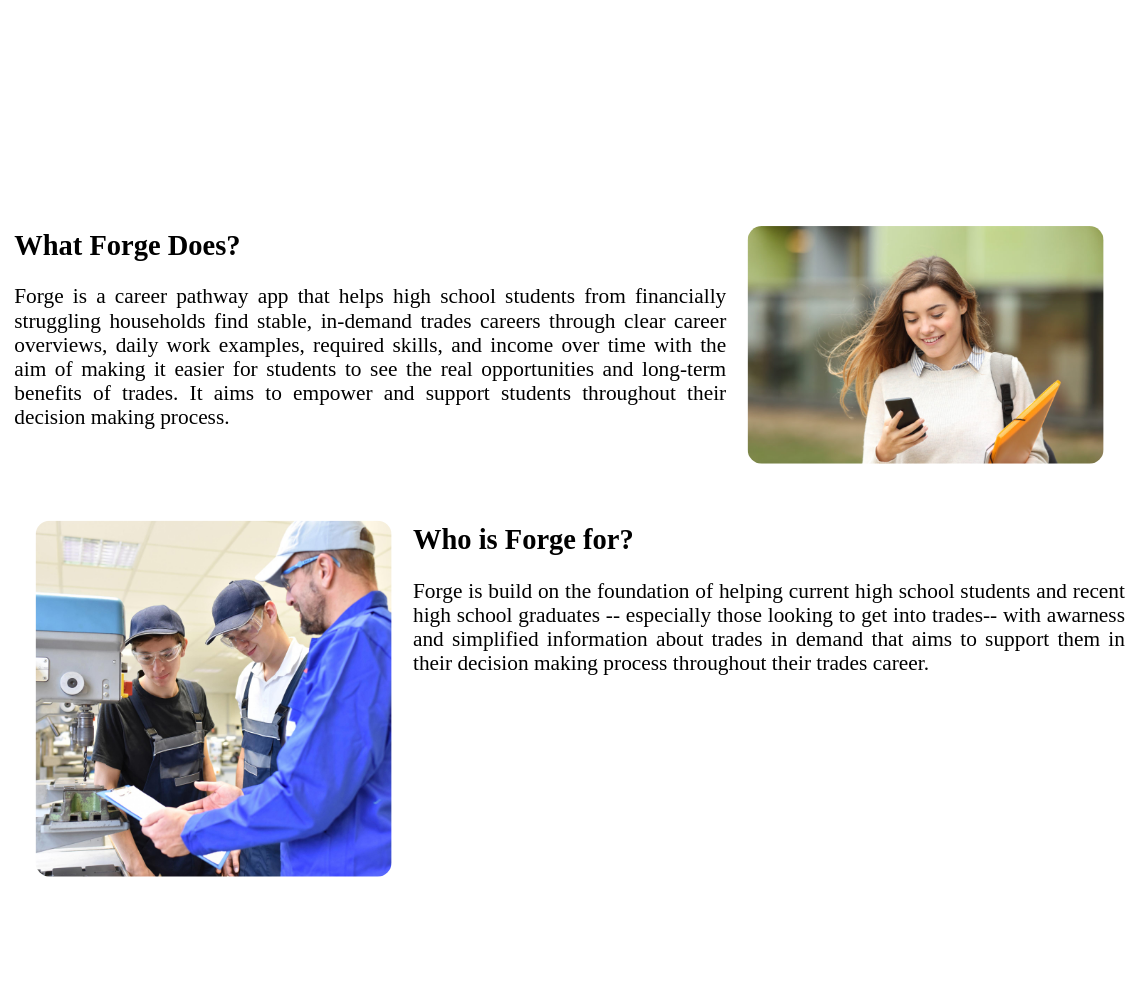
Repository: Forge-IDSP/Blog
Page: /aboutUs
An editor plug-in stored every save of this project. The page is shown before and after the next save, followed by the edit.
The browser window is 1280 px wide. The pictures show the whole page, at 89% of full size.
The project was rebuilt for these pictures with package versions that can differ from the ones it lists, and the page was loaded fresh each time. Also part of the build but not shown: vite.config.js, src/index.css, src/ui/card/card.module.css, src/ui/card/card.jsx, src/pages/home.jsx, src/pages/blogpost.module.css, src/pages/week1.jsx, src/pages/week2.jsx and 5 more.

Above is the page before, as saved 2025-10-27 12:54:55.

### index.html
<!DOCTYPE html>
<html lang="en">
    <head>
        <meta charset="UTF-8" />
        <link
            rel="icon"
            type="image/svg+xml"
            href="/vite.svg" />
        <meta
            name="viewport"
            content="width=device-width, initial-scale=1.0" />
        <title>Forge Blog</title>
    </head>
    <body>
        <div id="root"></div>
        <script
            type="module"
            src="/src/main.jsx"></script>
    </body>
</html>

### src/App.jsx
import { BrowserRouter as Router, Routes, Route } from "react-router-dom";
import Home from "./pages/home.jsx";
import Week1 from "./pages/week1.jsx";
import Week2 from "./pages/week2.jsx";
import Week3 from "./pages/week3.jsx";
import Week4 from "./pages/week4.jsx";
import Week5 from "./pages/week5.jsx";
import AboutUs from "./pages/aboutUs.jsx";
import ContactUs from "./pages/contactUs.jsx";

export default function App() {
    return (
        <Router>
            <Routes>
                <Route
                    path='/'
                    element={<Home />}
                />
                <Route
                    path='/week1'
                    element={<Week1 />}
                />
                <Route
                    path='/week2'
                    element={<Week2 />}
                />
                <Route
                    path='/week3'
                    element={<Week3 />}
                />
                <Route
                    path='/week4'
                    element={<Week4 />}
                />
                <Route
                    path='/week5'
                    element={<Week5 />}
                />
                <Route
                    path='/aboutUs'
                    element={<AboutUs />}
                />
                <Route
                    path='/contactUs'
                    element={<ContactUs />}
                />
            </Routes>
        </Router>
    );
}

### src/pages/aboutUs.jsx
import { useEffect } from "react";
import Header from "../ui/header/header";
import Footer from "../ui/footer/footer";
import "./aboutUs.css";

function AboutUs() {
    useEffect(() => {
        const sections = document.querySelectorAll(".sub_section");
        const observer = new IntersectionObserver(
            (entries) => {
                entries.forEach((entry, i) => {
                    if (entry.isIntersecting) {
                        setTimeout(() => {
                            entry.target.classList.add("show");
                        }, i * 300); // staggered delay
                    }
                });
            },
            { threshold: 0.2 }
        );

        sections.forEach((section) => observer.observe(section));

        return () => sections.forEach((section) => observer.unobserve(section));
    }, []);
    return (
        <div className='page'>
            <Header />

            <h1 className='title'>About Us</h1>

            <div className='sub_section row_regular'>
                <div className='sub_section_excerpts'>
                    <h2 className='section_header left_text'>
                        What Forge Does?
                    </h2>
                    <p className='section_description'>
                        Forge is a career pathway app that helps high school
                        students from financially struggling households find
                        stable, in-demand trades careers through clear career
                        overviews, daily work examples, required skills, and
                        income over time with the aim of making it easier for
                        students to see the real opportunities and long-term
                        benefits of trades. It aims to empower and support
                        students throughout their decision making process.
                    </p>
                </div>
                <img
                    src='/app-using.jpg'
                    alt='/'
                    className='section_image'></img>
            </div>
            <div className='sub_section row_reverse'>
                <div className='sub_section_excerpts'>
                    <h2 className='section_header left_text'>
                        Who is Forge for?
                    </h2>
                    <p className='section_description'>
                        Forge is build on the foundation of helping current high
                        school students and recent high school graduates --
                        especially those looking to get into trades-- with
                        awarness and simplified information about trades in
                        demand that aims to support them in their decision
                        making process throughout their trades career.
                    </p>
                </div>
                <img
                    src='/trades-student.jpg'
                    alt='/'
                    className='section_image'></img>
            </div>
            {/* <div className='sub_section'>
                <h2 className='section_header'>Our Core Values</h2>
                <div className='excerpt_container'>
                    <div className='excerpt_section'>
                        <img
                            src='/Camera.svg'
                            alt='/'></img>
                        <h3 className='section_header'>Empowerment</h3>
                        <p className='section_description'>
                            We believe tradespeople should have the tools and
                            guidance to take control of their own careers —
                            building businesses that reflect their skills and
                            ambitions.
                        </p>
                    </div>
                    <div className='excerpt_section'>
                        <img
                            src='/Camera.svg'
                            alt='/'></img>
                        <h3 className='section_header'>Connection</h3>
                        <p className='section_description'>
                            Forge bridges the gap between tradespeople, small
                            businesses, and local communities by creating
                            opportunities for collaboration and growth.
                        </p>
                    </div>
                    <div className='excerpt_section'>
                        <img
                            src='/Camera.svg'
                            alt='/'></img>
                        <h3 className='section_header'>
                            Independence & Safety
                        </h3>
                        <p className='section_description'>
                            Our platform provides a safer alternative to
                            traditional workplaces, helping tradespeople avoid
                            toxic environments while fostering independence and
                            long-term sustainability.
                        </p>
                    </div>
                </div>
            </div> */}

            <Footer />
        </div>
    );
}

export default AboutUs;

### src/ui/header/header.jsx
import style from "./header.module.css";
import { Link } from "react-router-dom";

function Header() {
    return (
        <div className={style.header}>
            <img
                src='/forge-logo.svg'
                alt='Forge Logo'
                className={style.logo}></img>
            <nav className={style.menu}>
                <a
                    className={style.menu_item}
                    href='/'>
                    Home
                </a>
                <Link
                    className={style.menu_item}
                    to='/AboutUs'>
                    About Us
                </Link>

                <Link
                    to='/ContactUs'
                    className={style.menu_item}>
                    Contact
                </Link>
            </nav>
        </div>
    );
}

export default Header;

### src/ui/footer/footer.jsx
import styles from "./footer.module.css";

function Footer() {
    const currentYear = new Date().getFullYear();

    return (
        <footer className={styles.footer}>
            <p className={styles.footer__text}>© {currentYear} Forge Blog</p>
        </footer>
    );
}

export default Footer;

### src/App.css
#root {
    /* ----- COLORS ----- */
    --primary-50: #fff1e6;
    --primary-100: #ffd4b0;
    --primary-200: #ffbf8a;
    --primary-300: #ffa155;
    --primary-400: #ff8f34;
    --primary-500: #ff7301;
    --primary-600: #e86901;
    --primary-700: #b55201;
    --primary-800: #8c3f01;
    --primary-900: #6b3000;

    --secondary-50: #eefae6;
    --secondary-100: #cbefb1;
    --secondary-200: #b2e88b;
    --secondary-300: #8fdd55;
    --secondary-400: #79d635;
    --secondary-500: #58cc02;
    --secondary-600: #50ba02;
    --secondary-700: #3e9101;
    --secondary-800: #307001;
    --secondary-900: #255601;

    /* -- neutral colors -- */

    --offwhite-500: #f9f9f9;
    --white: #ffffff;
    --black-50: #eaeaea;
    --black-100: #bebebd;
    --black-200: #9e9e9d;
    --black-300: #727271;
    --black-400: #575655;
    --black-500: #2d2c2b;
}

body,
html {
    margin: 0 auto;
    padding: 1rem;
    text-align: center;
    height: 100%;
    margin: 0;
    padding: 0;
    background-color: var(--offwhite-500);
    color: var(--black-500);
    display: flex;
    flex-direction: column;
}

.title {
    font-size: 5rem;
    color: var(--white);
    line-height: 5rem;
    margin-bottom: 1rem;
}

.subtitle {
    font-size: 2rem;
}

.post_container {
    display: grid;
    grid-template-columns: repeat(3, 1fr);
    gap: 2rem;
    background-color: var(--dark-grey);
    padding: 3rem;
    border-radius: 16px;
    align-items: center;
    justify-content: center;
    justify-items: center;
    margin-bottom: 2rem;
    margin-top: 2rem;
}

/* Tablet: 2 columns */
@media (max-width: 1300px) {
    .post_container {
        grid-template-columns: repeat(2, 1fr);
        padding: 1.5rem;
        gap: 1.5rem;
    }
}

/* Mobile: 1 column */
@media (max-width: 600px) {
    .post_container {
        grid-template-columns: 1fr;
        padding: 1rem;
        gap: 1rem;
    }
}

### src/pages/aboutUs.css
/* Top Bar Header Styling */

.cover_image {
    width: 80%;
    height: auto;
    padding: 16px;
    align-self: center;
    border-radius: var(--space-regular);
}

/* Text Section Styling  */
.sub_section {
    background-color: var(--dark-grey);
    margin: 16px;
    border-radius: 10px;
    padding: var(--space-regular);
    align-self: center;
    display: grid;
    grid-template-columns: repeat(2, 1fr);
}

.left_text {
    text-align: left;
}

.right_text {
    text-align: right;
}
.row_regular {
    display: flex;
    flex-direction: row;
}
.row_reverse {
    display: flex;
    flex-direction: row-reverse;
}
.section_image {
    width: 400px;
    height: auto;
    margin: 24px;
    border-radius: 16px;
}
.section_header {
    font-size: 32px;
}

.section_description {
    text-align: justify;
    font-size: 24px;
}

/* Meet the team styling */

.team_section {
    display: flex;
    flex-direction: row;
    justify-content: space-between;
}

/* Core Values section */

.excerpt_container {
    display: grid;
    grid-template-columns: repeat(3, 1fr);
}
.excerpt_section {
    padding: 16px;
}
.excerpt_description {
    text-align: justify;
}

/* Animations */
.sub_section {
    opacity: 0;
    transform: translateY(50px);
    transition: all 0.6s ease;
}
.sub_section.show {
    opacity: 1;
    transform: translateY(0);
}

### src/ui/header/header.module.css
.header {
    background-color: var(--dark-grey);
    display: flex;
    justify-content: space-between;
    align-items: center;
    padding: 1rem 3rem;
    border-radius: 16px;
}

.logo {
    width: 10rem;
}

.menu {
    display: flex;
    gap: rem;
}

.menu_item {
    font-size: 1.2rem;
    text-decoration: none;
    color: var(--white);
    font-family: "Trebuchet MS", "Lucida Sans Unicode", "Lucida Grande",
        "Lucida Sans", Arial, sans-serif;
    padding: 0.8rem;
}

.menu_item:hover {
    background-color: var(--color-primary-dark);
    padding: 0.8rem;
    border-radius: 8px;
}

### src/ui/footer/footer.module.css
.footer {
    width: 100%;
    height: 5em;
    display: flex;
    justify-content: center;
    align-items: center;
    background-color: var(--dark-grey);
    margin-top: auto;
    border-radius: 16px;
}

.footer__text {
    color: var(--white);
    font-size: 16px;
    text-align: center;
    margin: 0;
}

Loaded but not shown: src/main.jsx (common file)

After the next save:
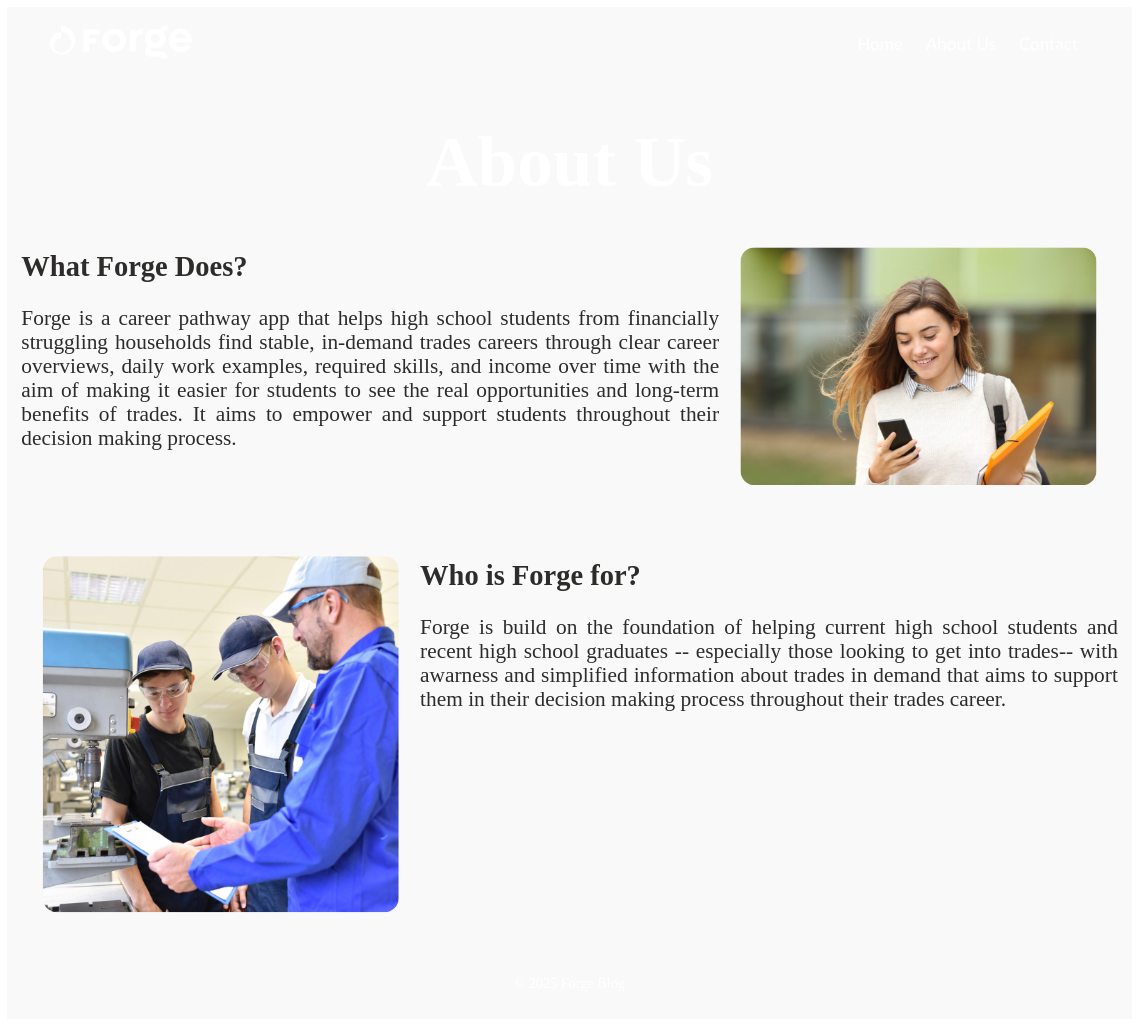
Saved 2 min 15 s later.
--- a/src/App.css
+++ b/src/App.css
@@ -34,8 +34,7 @@
     --black-500: #2d2c2b;
 }
 
-body,
-html {
+.page {
     margin: 0 auto;
     padding: 1rem;
     text-align: center;
